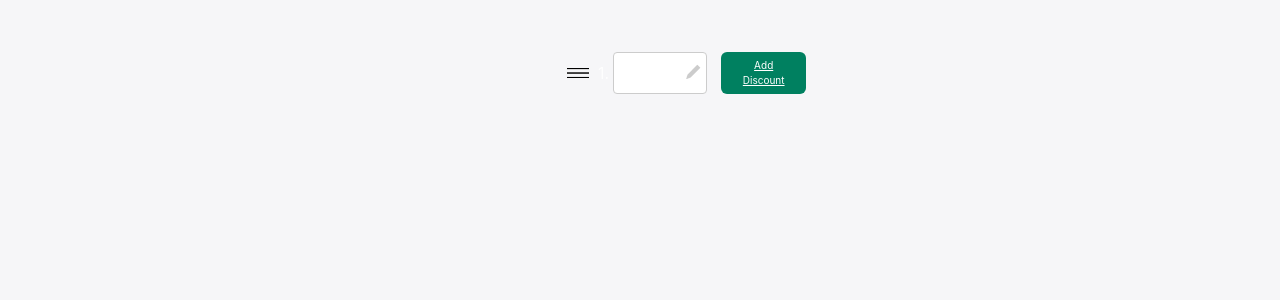
Repository: jassi73/Drag-Drop
Page: /
The author's editor kept a copy of each file at every save. The page is drawn from the files as they stood at one save, then again after the next save.
The browser window is 1280 px wide. The pictures show the whole page.
The page's requests for data from a server got no answer. The project was rebuilt for these pictures with package versions that can differ from the ones it lists, and the page was loaded fresh each time. No one was signed in, and anything a server would have sent is missing. Also part of the build but not shown: vite.config.js, src/Components/Options.jsx, src/Components/Product.jsx.

Above is the page before, as saved 2023-04-30 22:43:52.

After the next save:
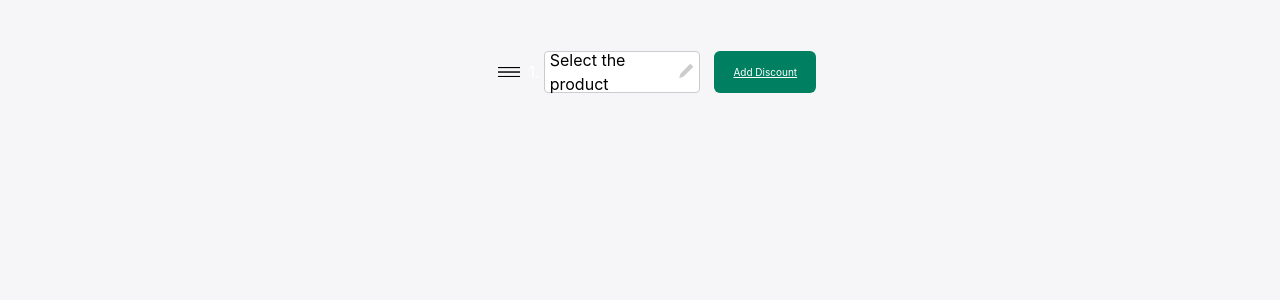
Saved 16 s later.
--- a/src/Components/newOne.jsx
+++ b/src/Components/newOne.jsx
@@ -53,7 +53,7 @@ const NewOne = ({ provided, index, item }) => {
               />
               {index + 1}.
               <div className="innerBox">
-                <p className="overflow-ellipsis">{item?.content}</p>
+                <p className="overflow-ellipsis">{item?.title}</p>
                 <a href="#" onClick={openSelectProductModal}>
                   <img src="/Vector.png" alt="png file" />
                 </a>
